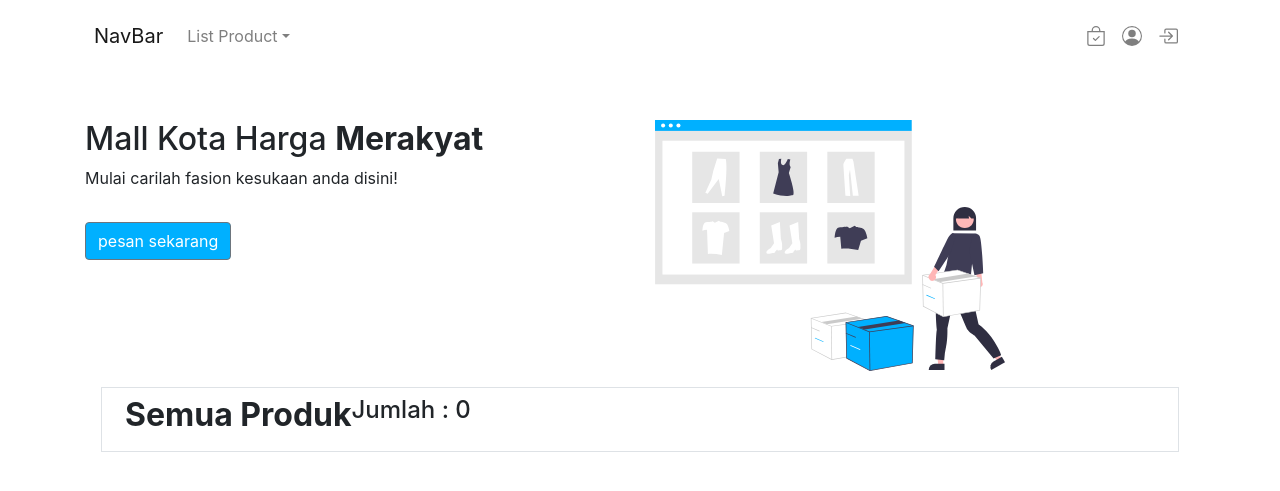
Repository: AHSANS354/ecommerce-catalog
Page: /
The author's editor kept a copy of each file at every save. The page is drawn from the files as they stood at one save, then again after the next save.
The browser window is 1280 px wide. The pictures show the whole page.
The page's requests for data from a server got no answer. The project was rebuilt for these pictures with package versions that can differ from the ones it lists, and the page was loaded fresh each time. No one was signed in, and anything a server would have sent is missing. Also part of the build but not shown: vue.config.js, src/components/CardProduct.vue.

Above is the page before, as saved 2023-03-01 22:41:27.

After the next save:
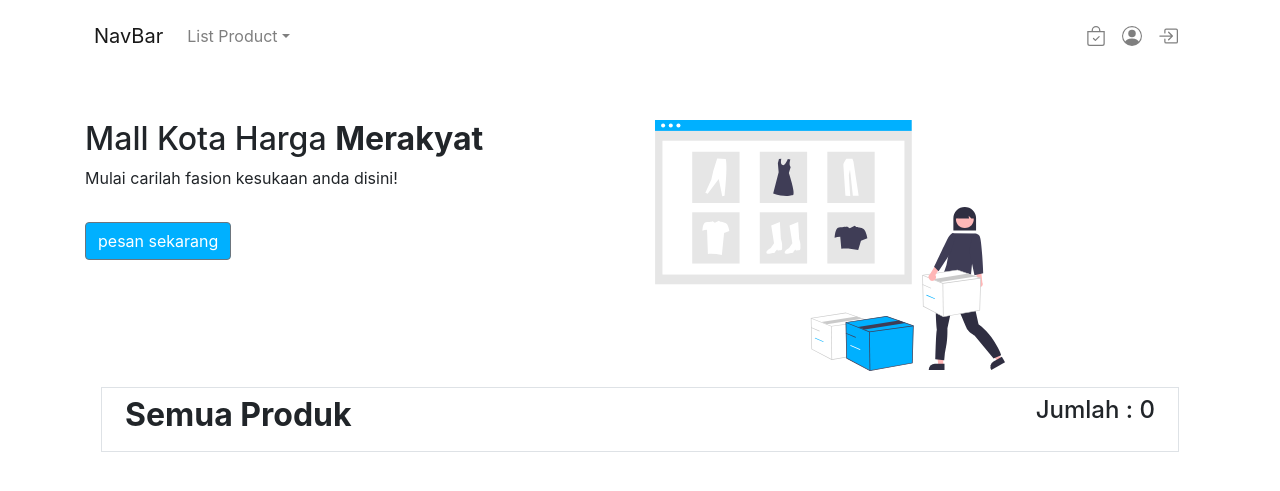
Saved 11 s later.
--- a/src/views/HomeView.vue
+++ b/src/views/HomeView.vue
@@ -19,7 +19,7 @@
       </div>
 
       <div class="row border m-3 p-2">
-        <div class="col d-flex">
+        <div class="col d-flex justify-content-between">
           <h2><strong>Semua Produk</strong></h2>
           <h4>
             Jumlah :
